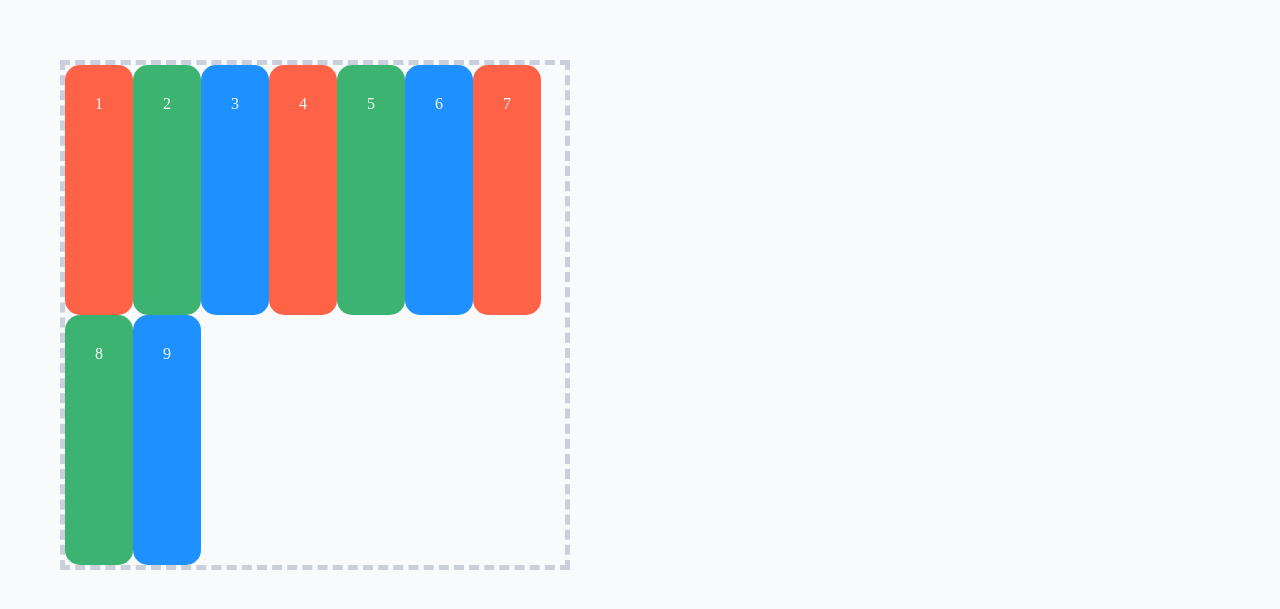
Repository: skybluelion/KB
Page: KB/work05_front/front03_css3_layout/src/main/webapp/css04_flexbox.html
An editor plug-in stored every save of this project. The page is shown before and after the next save, followed by the edit.
The browser window is 1280 px wide. The pictures show the whole page.

Above is the page before, as saved 2023-04-11 00:52:46.

After the next save:
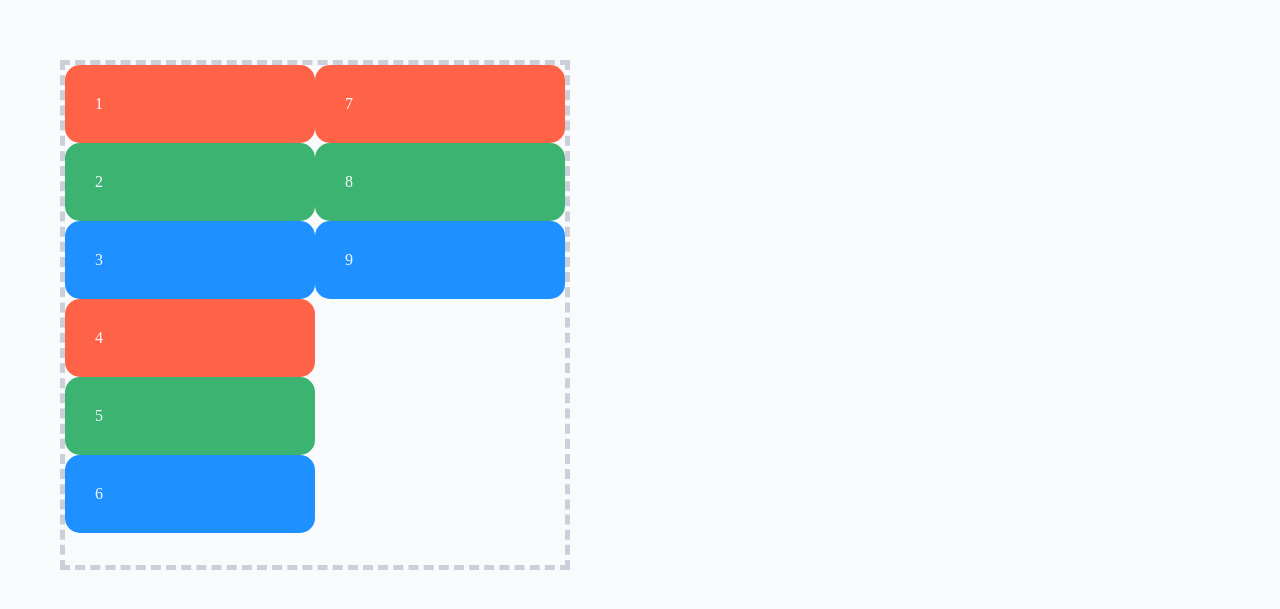
Saved 117 s later.
--- a/KB/work05_front/front03_css3_layout/src/main/webapp/css04_flexbox.html
+++ b/KB/work05_front/front03_css3_layout/src/main/webapp/css04_flexbox.html
@@ -18,7 +18,8 @@ body{
 		넘치는 요소는 교차축 방향으로 넘어가서 배치되도록 한다.
 	*/
 	flex-wrap: wrap;
-
+	/* 추가 */
+	flex-direction: column;
 }
 .box{
 	border-radius:15px;
